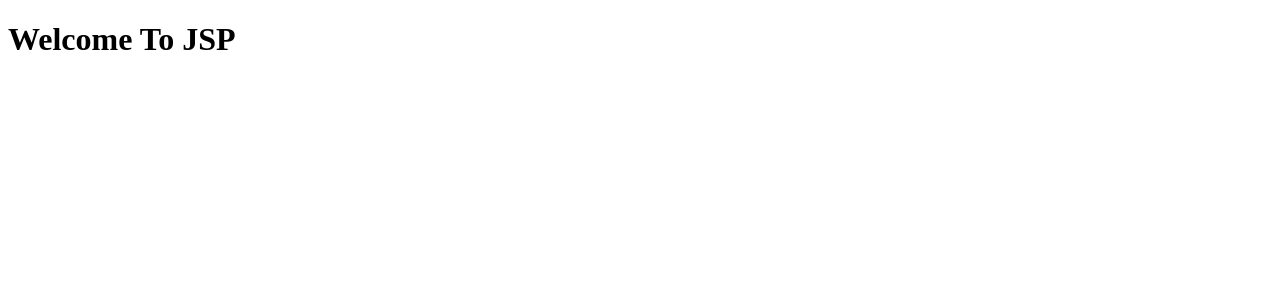
Repository: yashdpatil/Advanced_java
Page: http://localhost/MVC/Hello.jsp
These files come from the project's save history. The page is drawn as it stood at one moment and after the next save; the edit follows.
The browser window is 1280 px wide. The pictures show the whole page.
The page is served by Tomcat 9.

Above is the page before, as saved 2023-12-14 04:20:00.

After the next save:
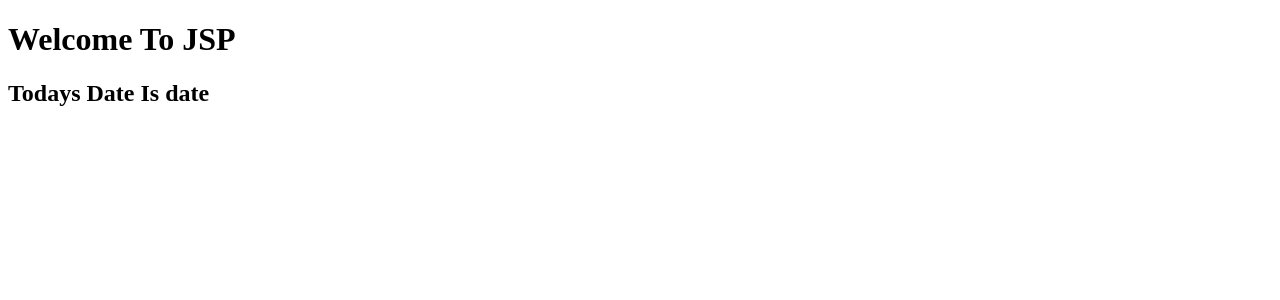
Saved 98 s later.
--- a/MVC/src/main/webapp/Hello.jsp
+++ b/MVC/src/main/webapp/Hello.jsp
@@ -10,7 +10,7 @@
 <body>
 <h1>Welcome To JSP</h1>
 <% LocalDate date = LocalDate.now(); %>
-
+<h2> Todays Date Is  date</h2>
 
 
 
